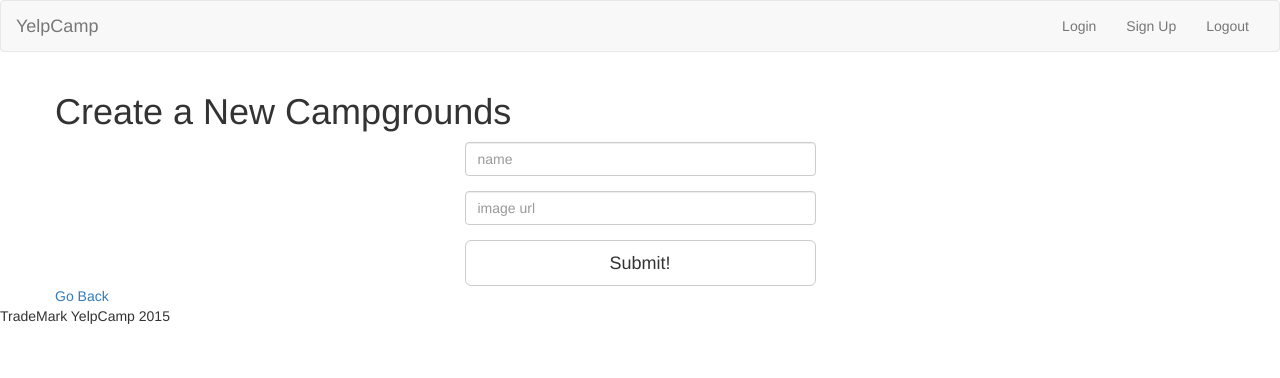
Repository: yyming009/YelpCamp
Page: http://localhost/campgrounds/new
The author's editor kept a record of every edit. The page is drawn from the files as they stood at one moment, then again after the next edit.
The browser window is 1280 px wide. The pictures show the whole page.
The page is served by the project's Node server (YelpCamp/v1/app.js).

Above is the page before.

After the next edit:
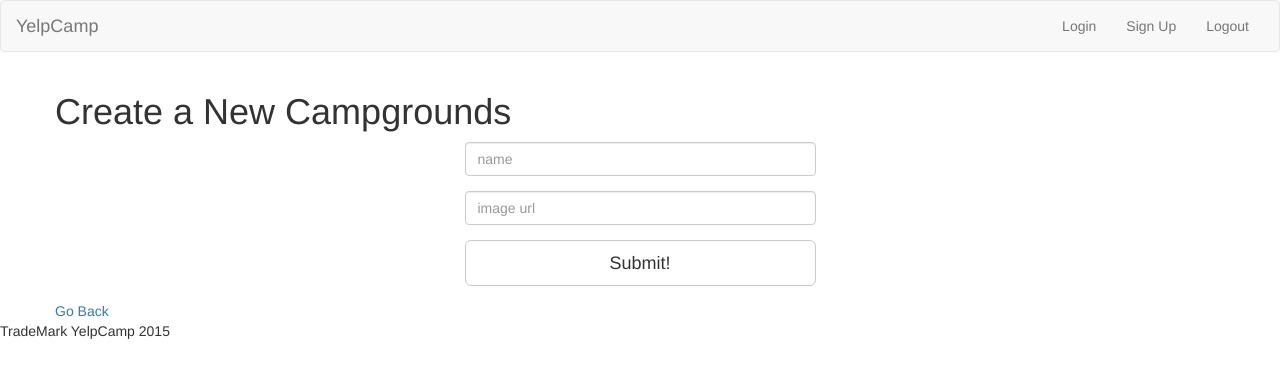
The edit:
--- a/YelpCamp/v1/views/news.ejs
+++ b/YelpCamp/v1/views/news.ejs
@@ -11,10 +11,12 @@
                 <div class="form-group">
                     <input class="form-control" type="text" name="image" placeholder="image url">
                 </div>
-                <div class="form-group"></div>
+                <div class="form-group">
+                    <button class="btn btn-lg btn-default btn-block">Submit!</button>
+                </div>
 
 
-                <button class="btn btn-lg btn-default btn-block">Submit!</button>
+
             </form>
         </div>
         <a href="/campgrounds">Go Back</a>
